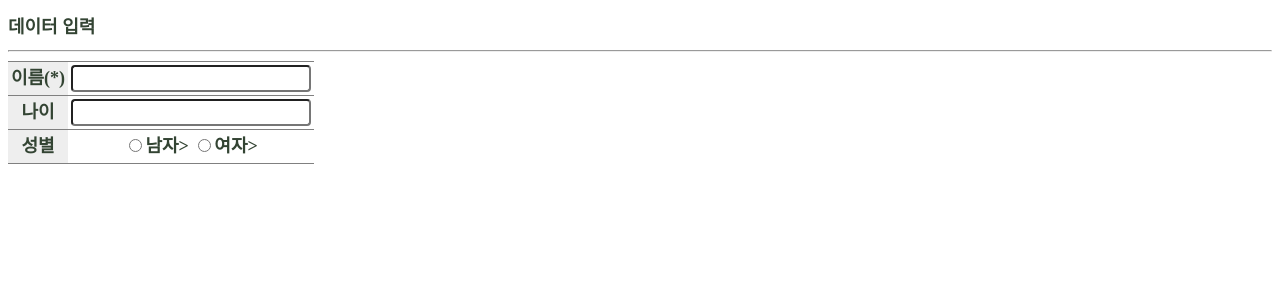
Repository: hyyrim/WebStudy
Page: http://localhost/WebApp18/Friend.jsp
An editor plug-in stored every save of this project. The page is shown before and after the next save, followed by the edit.
The browser window is 1280 px wide. The pictures show the whole page.
The page is served by Tomcat 9.

Above is the page before, as saved 2021-05-20 06:40:46.

After the next save:
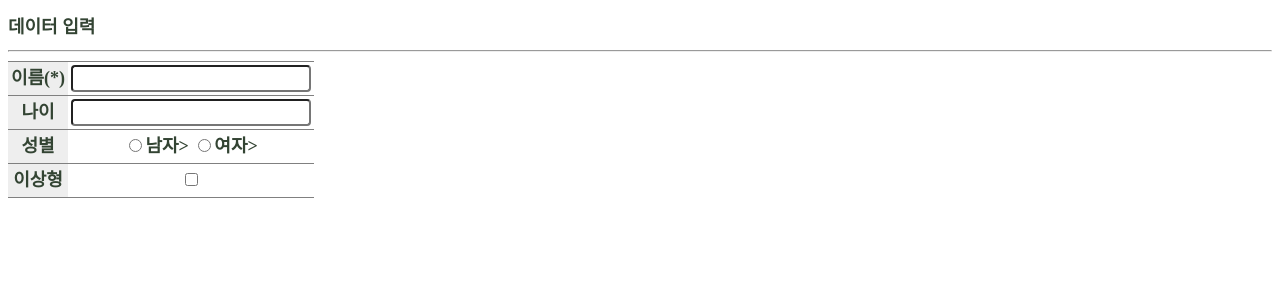
Saved 34 s later.
--- a/WebApp18/WebContent/Friend.jsp
+++ b/WebApp18/WebContent/Friend.jsp
@@ -40,6 +40,14 @@
 					</label>
 				</td>
 			</tr>
+			<tr>
+				<th>이상형</th>
+				<td>
+					<label>
+						<input type="checkbox" value="">
+					</label>
+				</td>
+			</tr>
 		</table>
 	</form>
 </div>
